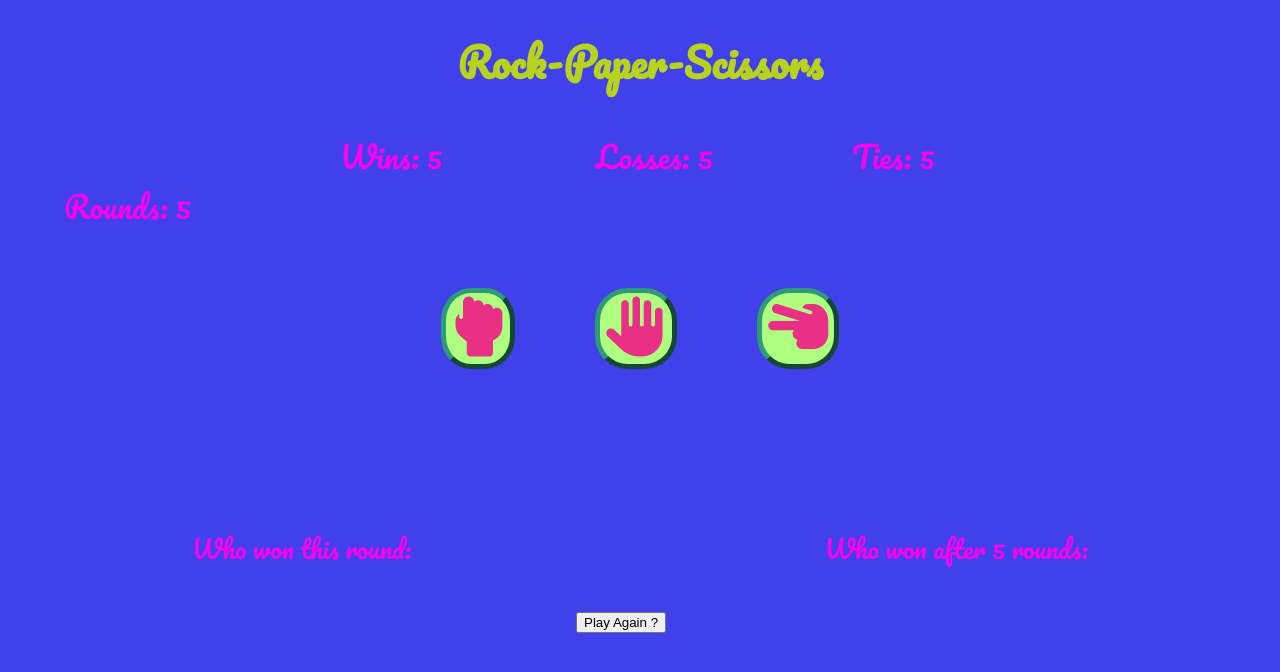
Repository: 0101chaitanya/Rock-Paper-Scissors
Page: index.html
An editor plug-in stored every save of this project. The page is shown before and after the next save, followed by the edit.
The browser window is 1280 px wide. The pictures show the whole page.
Some web libraries are served in a nearby version.

Above is the page before, as saved 2021-05-15 17:16:04.

After the next save:
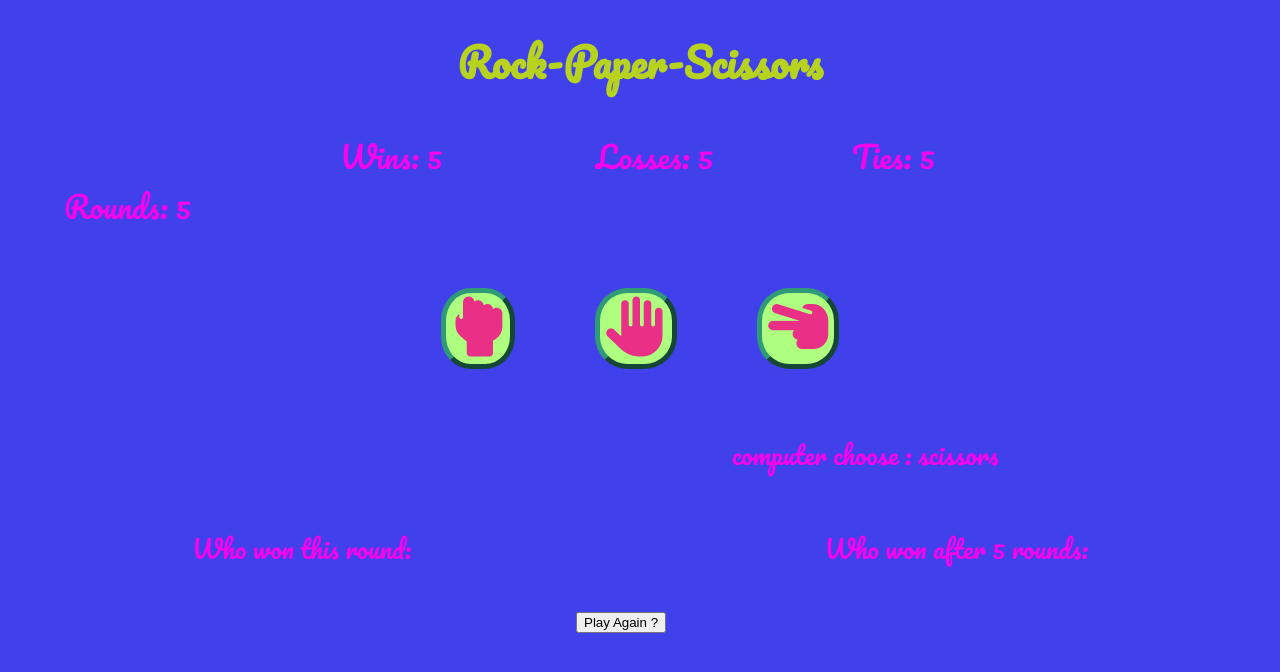
Saved 57 s later.
--- a/link.js
+++ b/link.js
@@ -21,3 +21,4 @@ function computerSelection() {
 
     return array[computerChoice];
 }
+computerSelection();
